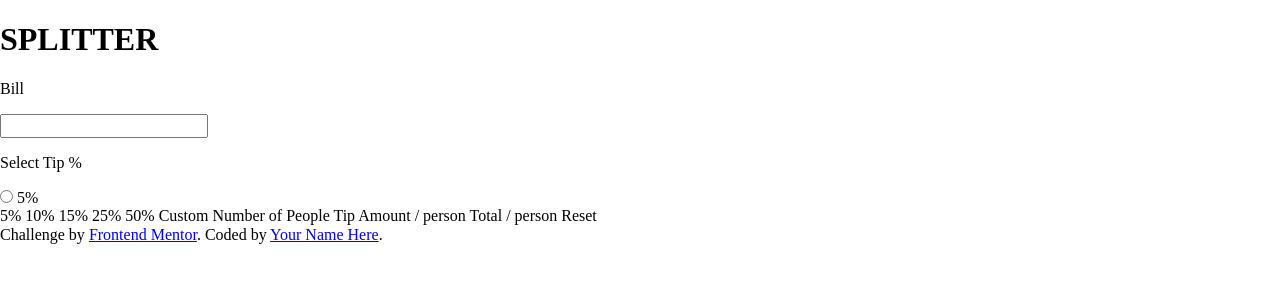
Repository: Jay-JYKim91/FM_tip-calculator
Page: index.html
An editor plug-in stored every save of this project. The page is shown before and after the next save, followed by the edit.
The browser window is 1280 px wide. The pictures show the whole page.

Above is the page before, as saved 2021-12-20 23:09:19.

### index.html
<!DOCTYPE html>
<html lang="en">
<head>
  <meta charset="UTF-8">
  <meta name="viewport" content="width=device-width, initial-scale=1.0"> <!-- displays site properly based on user's device -->

  <link rel="icon" type="image/png" sizes="32x32" href="./images/favicon-32x32.png">

  <title>Tip calculator</title>
  <link rel="preconnect" href="https://fonts.googleapis.com">
  <link rel="preconnect" href="https://fonts.gstatic.com" crossorigin>
  <link href="https://fonts.googleapis.com/css2?family=Space+Mono:wght@400;700&display=swap" rel="stylesheet">
  <link rel="stylesheet" href="https://cdnjs.cloudflare.com/ajax/libs/normalize/8.0.1/normalize.min.css" integrity="sha512-NhSC1YmyruXifcj/KFRWoC561YpHpc5Jtzgvbuzx5VozKpWvQ+4nXhPdFgmx8xqexRcpAglTj9sIBWINXa8x5w==" crossorigin="anonymous" referrerpolicy="no-referrer" />
  <link rel="stylesheet" href="style.css">
  <script src="main.js" defer></script>

</head>
<body>
  <main class="container">
    <h1>SPLITTER</h1>
    <section class="calculator-wrapper">
      <article>
        <p class="title">Bill</p>
        <input type="text">
      </article>
      <article>
        <p class="title">Select Tip %</p>
        <input type="radio" id="5%">
        <label for="5%">5%</label>
      </article>
    </section>
  </main>



  5%
  10%
  15%
  25%
  50%
  Custom

  Number of People

  Tip Amount
  / person

  Total
  / person

  Reset

  <div class="attribution">
    Challenge by <a href="https://www.frontendmentor.io?ref=challenge" target="_blank">Frontend Mentor</a>.
    Coded by <a href="#">Your Name Here</a>.
  </div>
</body>
</html>

### style.css
:root {
  --body-font: "Space Mono", monospace;

  --strong-cyan: hsl(172, 67%, 45%);
  --very-dark-cyan: hsl(183, 100%, 15%);
  --dark-grayish-cyan: hsl(186, 14%, 43%);
  --dark-grayish-cyan: hsl(184, 14%, 56%);
  --light-grayish-cyan: hsl(185, 41%, 84%);
  --light-grayish-cyan: hsl(189, 41%, 97%);
  --white: hsl(0, 0%, 100%);
}

/* Tablet size */
@media (min-width: 768px) and (max-width: 1023px) {
}

/* Mobile size */
@media (max-width: 767px) {
}

Loaded but not shown: main.js (empty)

After the next save:
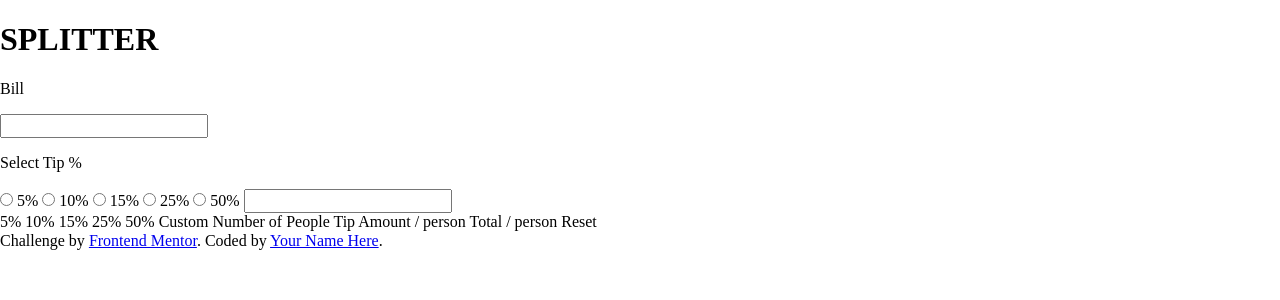
Saved 74 s later.
--- a/index.html
+++ b/index.html
@@ -27,6 +27,15 @@
         <p class="title">Select Tip %</p>
         <input type="radio" id="5%">
         <label for="5%">5%</label>
+        <input type="radio" id="10%">
+        <label for="10%">10%</label>
+        <input type="radio" id="15%">
+        <label for="15%">15%</label>
+        <input type="radio" id="25%">
+        <label for="25%">25%</label>
+        <input type="radio" id="50%">
+        <label for="50%">50%</label>
+        <input type="text">
       </article>
     </section>
   </main>
